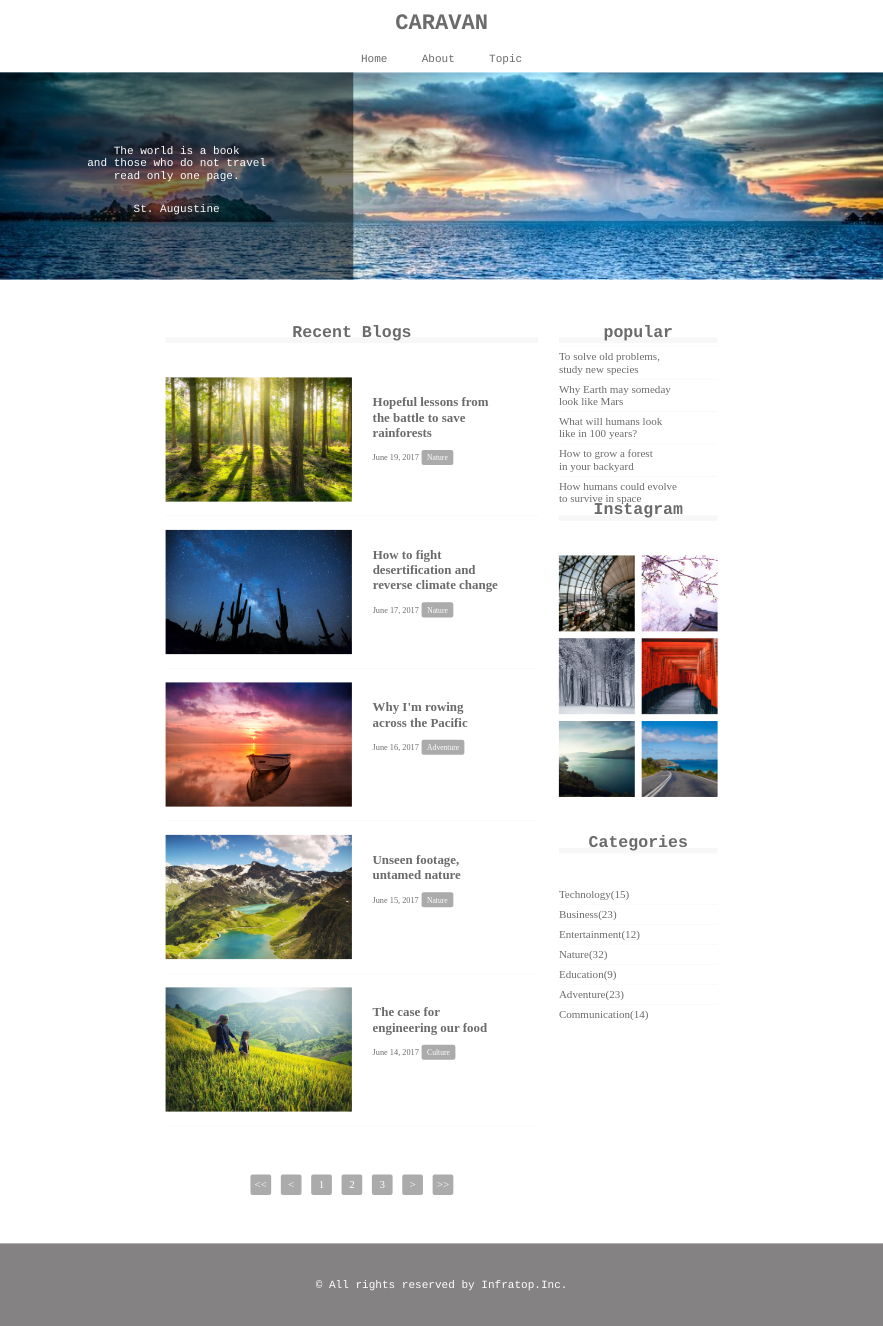
Repository: atsuyan-i/git-practice2
Page: caravan/index.html
The author's editor kept a record of every edit. The page is drawn from the files as they stood at one moment, then again after the next edit.
The browser window is 1280 px wide. The pictures show the whole page, at 69% of full size.
Some web libraries are served in a nearby version.

Above is the page before.

### caravan/index.html
<!DOCTYPE html>
<html lang="ja">
  <head>
    <meta charset="UTF-8" />
    <script src="https://kit.fontawesome.com/4e2d55ac3e.js" crossorigin="anonymous"></script>
    <link rel="stylesheet" href="style.css" />
    <title>CARAVAN</title>
    <div class="socila"></div>
  </head>

  <body>
    <header>
      <h1 class="heading">
       <a href="index.html">
         CARAVAN
       </a>
      </h1>
    </header>

    <nav>
      <ul class="nav-list">
       <li class="nav-list-item">
         <a herf="index.html">Home</a>
       </li>
       <li class="nav-list-item">About</li>
       <li class="nav-list-item">Topic</li>

      </ul>
    </nav>

    <div class="main-visual">
     <div class="main-visual-content">
         <p class="main-visual-text">
             The world is a book<br />
             and those who do not travel<br />
             read only one page.
         </p>
         <p class="main-visual-name">
             St. Augustine
         </p>
     </div>

     </div>

    <div class="main">
      <div class="blog"></div>
      <div class="sidebar"></div>
    </div>

    <main>
      <section class="blog">
        <h2 class="blog-heading">Recent Blogs</h2>

        <div class="blog-box">
          <div class="blog-item">
            <img class="blog-image" src="img/forest.jpg" />
            <section class="blog-text">
              <h3 class="blog-text-heading">
                <a href="single.html">
                  Hopeful lessons from<br>
                  the battle to save<br>
                  rainforests
                </a>
              </h3>
              <p class="blog-date">June 19, 2017</p>
              <span class="category">Nature</span>
            </section>
          </div>
        <div class="blog-item">
            <img class="blog-image" src="img/desert.jpg" />
            <section class="blog-text">
              <h3 class="blog-text-heading">
                <a href="single.html">
                  How to fight<br>
                  desertification and<br>
                  reverse climate change
                </a>
              </h3>
              <p class="blog-date">June 17, 2017</p>
              <span class="category">Nature</span>
            </section>
          </div>
          <div class="blog-item">
            <img class="blog-image" src="img/sunset.jpg" />
            <section class="blog-text">
              <h3 class="blog-text-heading">
                <a href="single.html">
                  Why I'm rowing<br>
                  across the Pacific
                </a>
              </h3>
              <p class="blog-date">June 16, 2017</p>
              <span class="category">Adventure</span>
            </section>
          </div>
          <div class="blog-item">
            <img class="blog-image" src="img/italy.jpg" />
            <section class="blog-text">
              <h3 class="blog-text-heading">
                <a href="single.html">
                  Unseen footage,<br>
                  untamed nature
                </a>
              </h3>
              <p class="blog-date">June 15, 2017</p>
              <span class="category">Nature</span>
            </section>
          </div>
          <div class="blog-item">
            <img class="blog-image" src="img/asia.jpg" />
            <section class="blog-text">
              <h3 class="blog-text-heading">
                <a href="single.html">
                  The case for<br>
                  engineering our food
                </a>
              </h3>
              <p class="blog-date">June 14, 2017</p>
              <span class="category">Culture</span>
            </section>
          </div>
        </div>
        <div class="pagination">
          <p><<</p>
          <p><</p>
          <p>1</p>
          <p>2</p>
          <p>3</p>
          <p>></p>
          <p>>></p>
        </div>

      </section>
      <div class="sidebar">
        <section class="popular">
          <h2 class="popular-headin common-heading">popular</h2>
          <div class="sidebar-content">
            <p class="popular-text">
              <p class="popular-text">To solve old problems,<br>study new species</p>
              <p class="popular-text">Why Earth may someday<br>look like Mars</p>
              <p class="popular-text">What will humans look<br>like in 100 years?</p>
              <p class="popular-text">How to grow a forest<br>in your backyard</p>
              <p class="popular-text">How humans could evolve<br>to survive in space</p>
          </div>
        </section>
        <section class="instagram">
          <h2 class="instagram-heading common-heading">Instagram</h2>
          <div class="sidebar-contents">
            <div class="instagram-box"></div>
            <div class="instagram-box"></div>
            <div class="instagram-box"></div>
            <div class="instagram-box"></div>
            <div class="instagram-box"></div>
            <div class="instagram-box"></div>
          </div>
        </section>
        <section class="categories">
          <h2 class="categories-heading common-heading">Categories</h2>
          <div class="sidebar-contents">
            <p class="categories-text">Technology(15)</p>
            <p class="categories-text">Business(23)</p>
            <p class="categories-text">Entertainment(12)</p>
            <p class="categories-text">Nature(32)</p>
            <p class="categories-text">Education(9)</p>
            <p class="categories-text">Adventure(23)</p>
            <p class="categories-text">Communication(14)</p>
          </div>
        </section>
      </div>

    </main>

    <footer>
      <p class="footer-text">© All rights reserved by Infratop.Inc.</p>
    </footer>

  </body>
</html>

### caravan/style.css
* {
  margin: 0;
  padding: 0;
  box-sizing: border-box;
  color: #6c6b6b;
}

a {
  text-decoration: none;
}

header, nav, h2, .main-visual, footer {
  font-family: Chalkduster, "Bradley Hand", Courier, "Segoe Print", sans-serif;
}

header {
  width: 90%;
  padding: 15px 0;
  margin: 0 auto;
  text-align: center;
  position: relative;
}

.social i {
  display: inline-block;
  margin-left: 20px;
}

.social {
  position: absolute;
  top: 22px;
  right: 22px;
}

header .heading {
 font-size: 32px;
}

.nav-list {
  text-align: center;
  padding: 10px 0;
  margin: 0 auto;
}

.nav-list-item {
  list-style: none;
  display: inline-block;
  margin: 0 20px;
}

.main-visual {
  width: 100%;
  height: 300px;
  background-image: url(img/mv.jpg);
  background-size: cover;
  background-position: center;
}

.main-visual-content {
  width: 40%;
  height: 300px;
  background-color: rgba(0,0,0,0.5);
  text-align: center;
  padding-top: 105px;
}

.main-visual-text {
  color: #fff;
}

.main-visual-name {
  margin-top: 30px;
  color: #fff;
}

main {
  width: 800px;
  display: flex;
  justify-content: center;
  margin: 0 auto;
  padding: 70px 0;
}

.blog {
  width: 540px;
  margin-right: 30px;
}

.blog-heading {
  border-bottom: 8px solid #f7f7f7;
  text-align: center;
  line-height: 0.6;
}

.blog-box {
  padding-top: 50px;
}

.blog-item {
  padding-bottom: 20px;
  margin-bottom: 20px;
  border-bottom: 1px solid #f7f7f7;
  display: flex;
  justify-content: flex-start;

}

.blog-image {
  height: 180px;
}

.blog-text {
  padding: 25px 0 0 30px;
}

.blog-text-heading {
  padding-bottom: 15px;
}

.blog-date {
  font-size: 12px;
  display: inline-block;
}

.category {
  dispiay: inline-block;
  padding: 5px 8px;
  background-color: #acabab;
  border-radius: 3px;
  color: #fff;
  font-size: 11px;
}

.pagination {
  text-align: center;
  padding-top: 50px;
}

.pagination p {
  display: inline-block;
  width: 30px;
  height: 30px;
  margin: 0 5px;
  color: #fff;
  background-color: #acabab;
  border-radius: 3px;
  line-height: 30px;
}

.sidebar {
  width: 230px;
}
.common-heading {
  border-bottom: 8px solid #f7f7f7;
  text-align: center;
  line-height: 0.6;
}
.sidebar-contents {
  padding: 50px 0;
}
.popular-text,
.categories-text {
  padding-bottom: 5px;
  border-bottom: 1px solid #f7f7f7;
  margin-bottom: 5px;
}
.popular-text:last-child,
.categories-text:last-child {
  margin: 0;
  padding: 0;
  border: none;
}

.instagram .sidebar-contents {
  display: flex;
  flex-wrap: wrap;
}

.instagram-box {
  width: 110px;
  padding-top: 110px;
  background-size: cover;
  background-position: center;
  margin-bottom: 10px;
}

.instagram-box:nth-child(odd) {
  margin: 0 10px 10px 0;
}

.instagram-box:nth-child(1) {
  background-image: url(img/airport.jpg);
}

.instagram-box:nth-child(2) {
  background-image: url(img/japan.jpg);
}

.instagram-box:nth-child(3) {
  background-image: url(img/snow.jpg);
}

.instagram-box:nth-child(4) {
  background-image: url(img/japan2.jpg);
}

.instagram-box:nth-child(5) {
  background-image: url(img/lake.jpg);
}

.instagram-box:nth-child(6) {
  background-image: url(img/road.jpg);
}

footer {
  width: 100%;
  height: 120px;
  text-align: center;
  line-height: 120px;
  background-color: #848282;
}

.footer-text {
  color: #fff;
}

@media screen and (max-width: 425px) {
  header {
    width: 100%;
  }

  .nav-list {
    width: 100%;
  }

  .nav-list-item {
    width: 100%;
    margin: 0 0 10px 0;
  }

  .social {
    display: none;
  }

  .main-visual-content {
    width: 100%;
  }

  main {
    width: 100%;
    display: block;
  }

  .blog {
    width: 100%;
    margin: 0;
  }

  .blog-box {
    padding-left: 2%;
    padding-right: 2%;
  }

  .blog-image {
    width: 49%;
  }

  .blog-text {
    width: 49%;
    padding-top: 5px;
  }

  .sidebar {
    width: 100%;
  }

  .sidebar-contents {
    padding-left: 3%;
    padding-right: 3%;
  }

  .instagram-box {
    width: 48%;
    padding-top: 48%;
  }

  .instagram-box:nth-child(odd) {
    margin-right: 4%;
  }

  .pagination {
    margin-bottom: 50px;
  }
}

After the next edit:
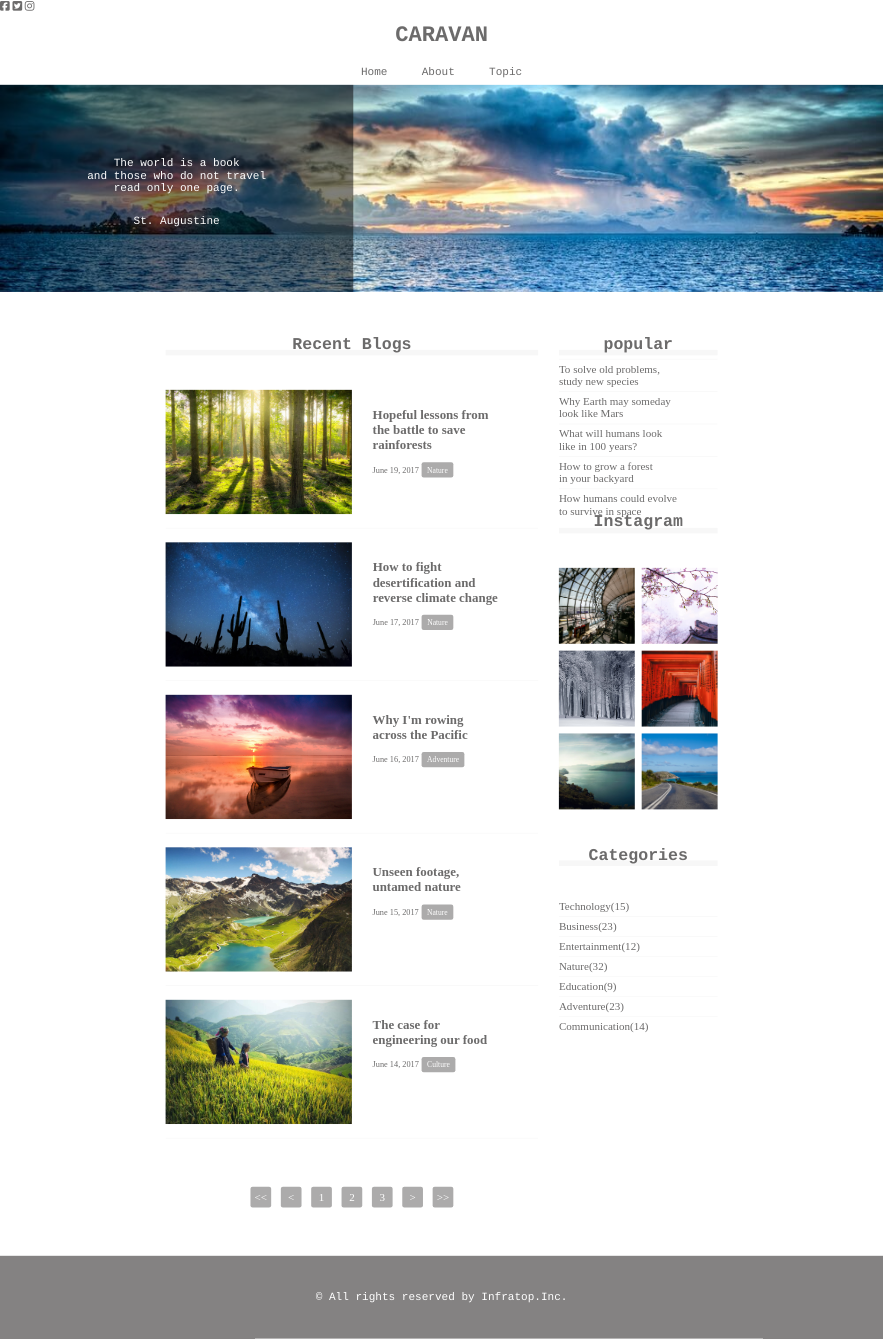
The edit:
--- a/caravan/index.html
+++ b/caravan/index.html
@@ -5,7 +5,11 @@
     <script src="https://kit.fontawesome.com/4e2d55ac3e.js" crossorigin="anonymous"></script>
     <link rel="stylesheet" href="style.css" />
     <title>CARAVAN</title>
-    <div class="socila"></div>
+    <div class="socila">
+      <i class="fab fa-facebook-square"></i>
+      <i class="fab fa-twitter-square"></i>
+      <i class="fab fa-instagram"></i>
+    </div>
   </head>
 
   <body>

After the 2 edits that followed:
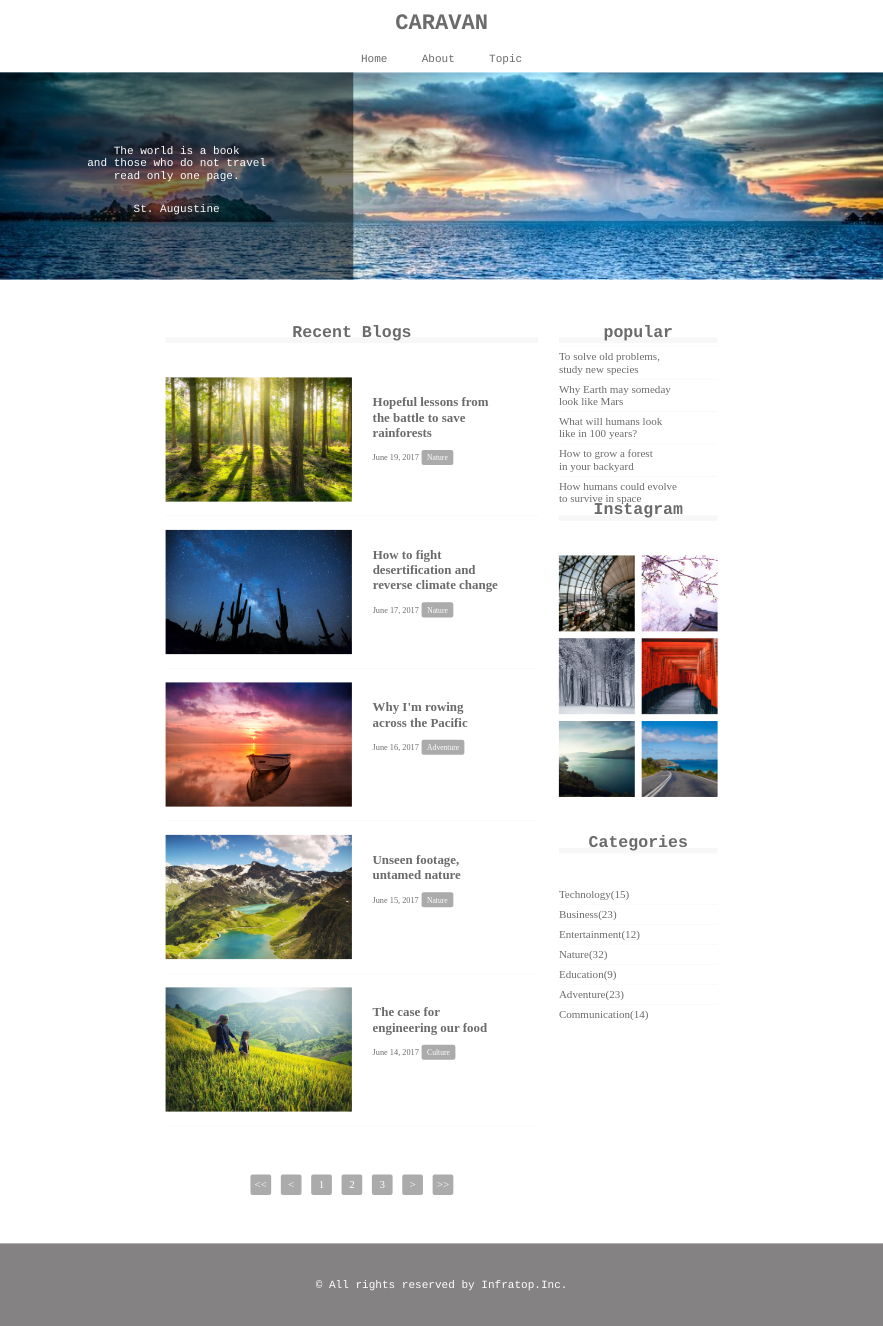
The 2 edits are shown as one change because 1 left the picture as it was.
The edit:
--- a/caravan/index.html
+++ b/caravan/index.html
@@ -5,11 +5,7 @@
     <script src="https://kit.fontawesome.com/4e2d55ac3e.js" crossorigin="anonymous"></script>
     <link rel="stylesheet" href="style.css" />
     <title>CARAVAN</title>
-    <div class="socila">
-      <i class="fab fa-facebook-square"></i>
-      <i class="fab fa-twitter-square"></i>
-      <i class="fab fa-instagram"></i>
-    </div>
+    <div class="socila"></div>
   </head>
 
   <body>
